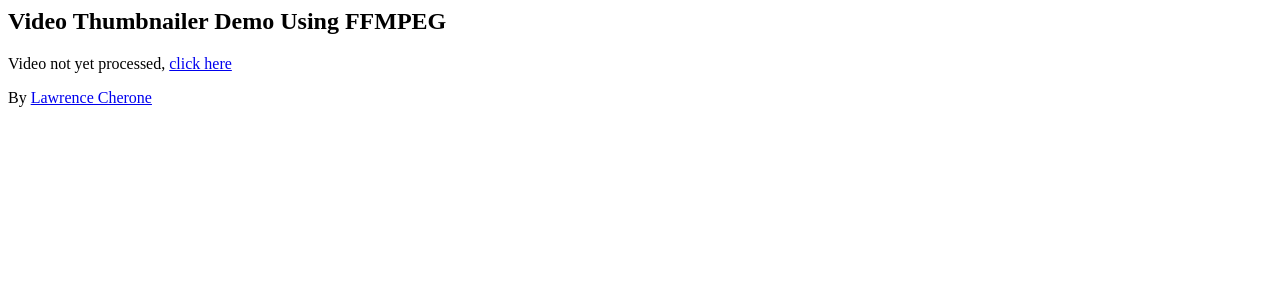
Repository: istuff360/php-ffmpeg-thumbnail-example
Page: http://localhost/
The author's editor kept a record of every edit. The page is drawn from the files as they stood at one moment, then again after the next edit.
The browser window is 1280 px wide. The pictures show the whole page.
The page is run by PHP 8.4 with error messages shown; the project is at /var/www/html/.

Above is the page before.

After the next edit:
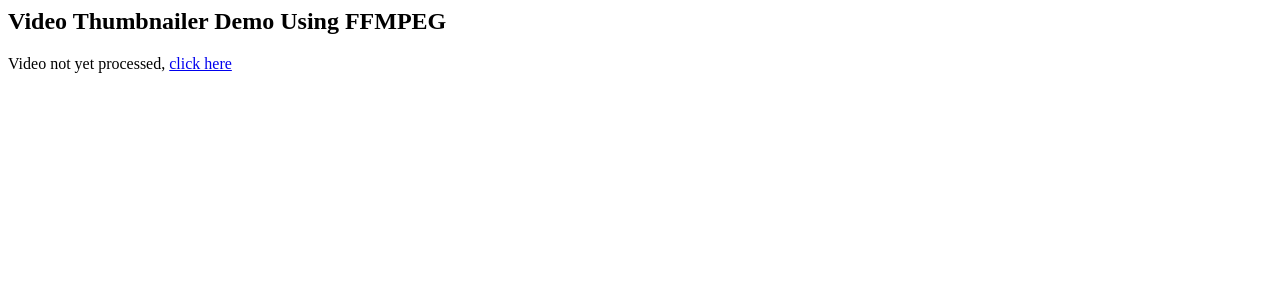
The edit:
--- a/index.php
+++ b/index.php
@@ -37,8 +37,6 @@
 		 height="150"
 		 onmouseover="frameRotator.start(this)"
 		 onmouseout="frameRotator.end(this)" />
-	<?php endif;?>
-
-	<p>By <a href="http://cherone.co.uk">Lawrence Cherone</a></p>
+	<?php endif ?>
 </body>
 </html>
